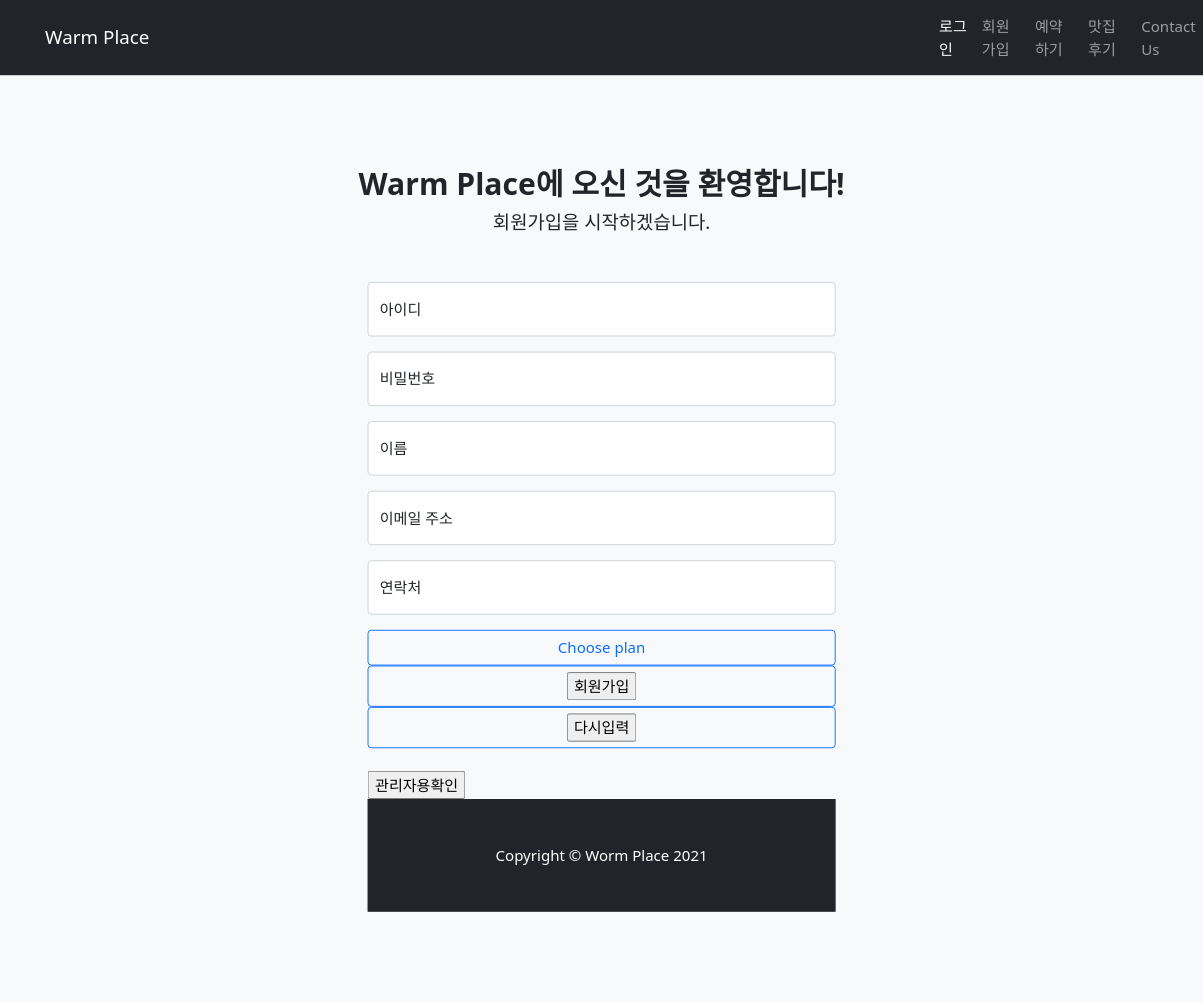
Repository: jaunnnngs/HackaTone
Page: http://localhost/StunProjects/St_Join/st_userJoin.jsp
An editor plug-in stored every save of this project. The page is shown before and after the next save, followed by the edit.
The browser window is 1280 px wide. The pictures show the whole page, at 94% of full size.
Some web libraries are served in a nearby version. The page is served by Tomcat 9.

Above is the page before, as saved 2021-07-24 12:06:12.

After the next save:
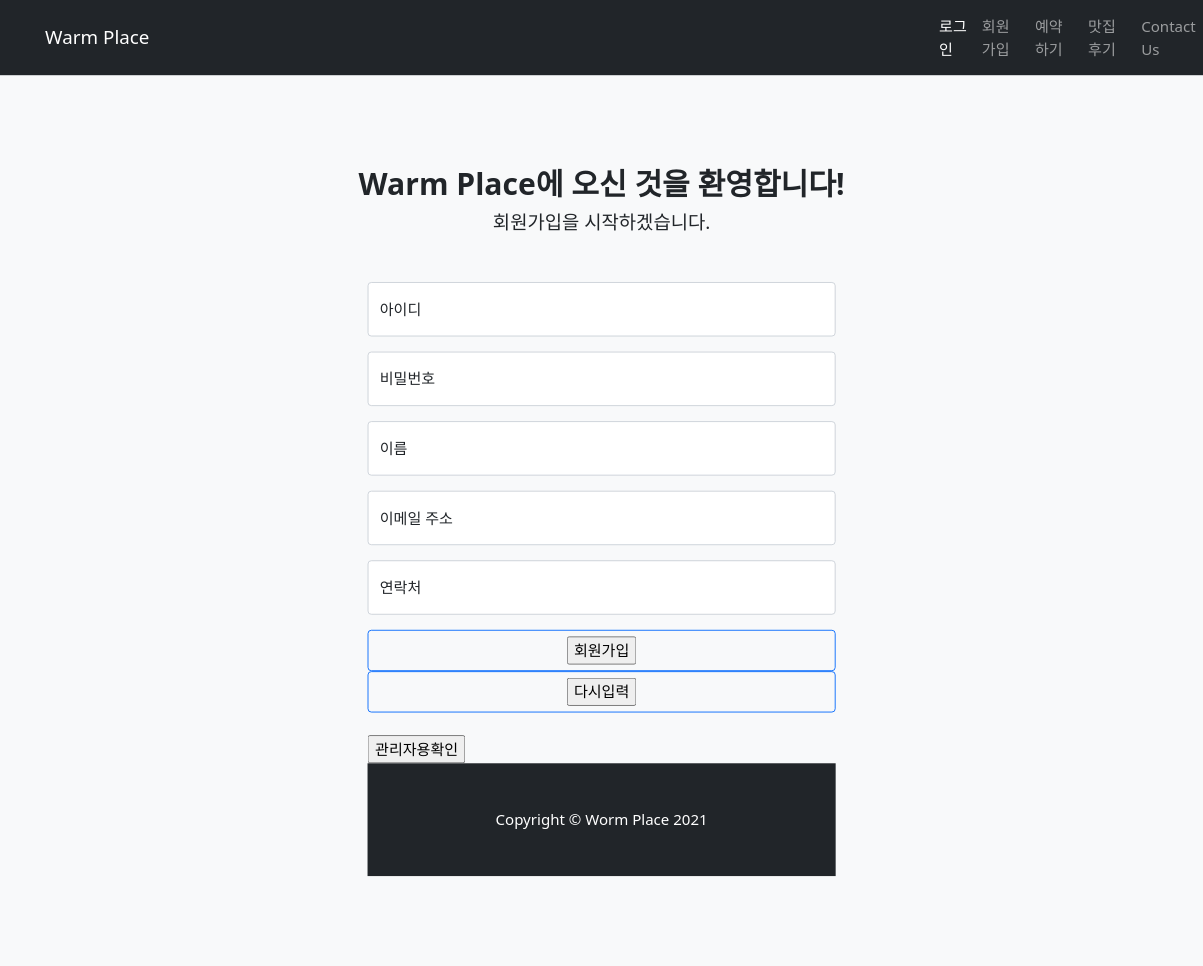
Saved 34 s later.
--- a/STUN_TEAM/StunProjects/src/main/webapp/St_Join/st_userJoin.jsp
+++ b/STUN_TEAM/StunProjects/src/main/webapp/St_Join/st_userJoin.jsp
@@ -106,7 +106,6 @@
                             <!-- This is what your users will see when there is-->
                             <!-- an error submitting the form-->
                             <div class="d-none" id="submitErrorMessage"><div class="text-center text-danger mb-3">Error sending message!</div></div>
-                            <div class="d-grid"><a class="btn btn-outline-primary" id="submitButtion" type="submit" href="#!">Choose plan</a></div>
 
 							<div class="d-grid"><a class="btn btn-outline-primary" id="submitButton" type="submit">
 								<input id="submitButton" type="submit" value="회원가입"></a></div>
